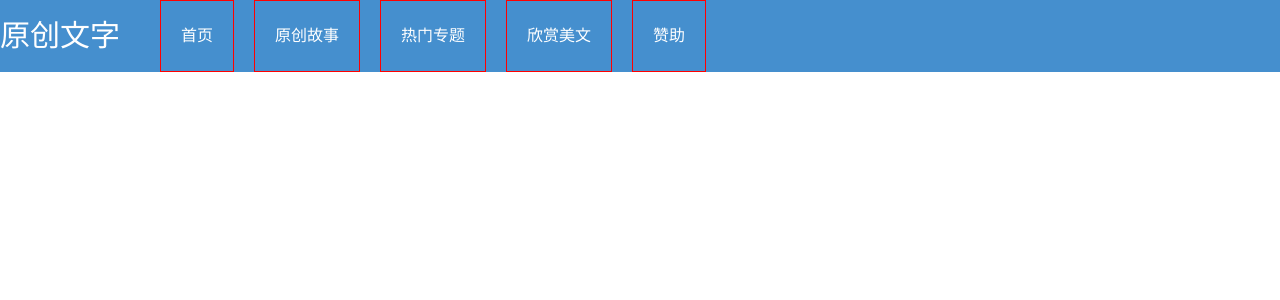
Repository: equation-zheng/Article
Page: http://localhost/Idles/
These files come from the project's save history. The page is drawn as it stood at one moment and after the next save; the edit follows.
The browser window is 1280 px wide. The pictures show the whole page.
The page is served by Tomcat 9.

Above is the page before, as saved 2017-12-05 10:15:12.

After the next save:
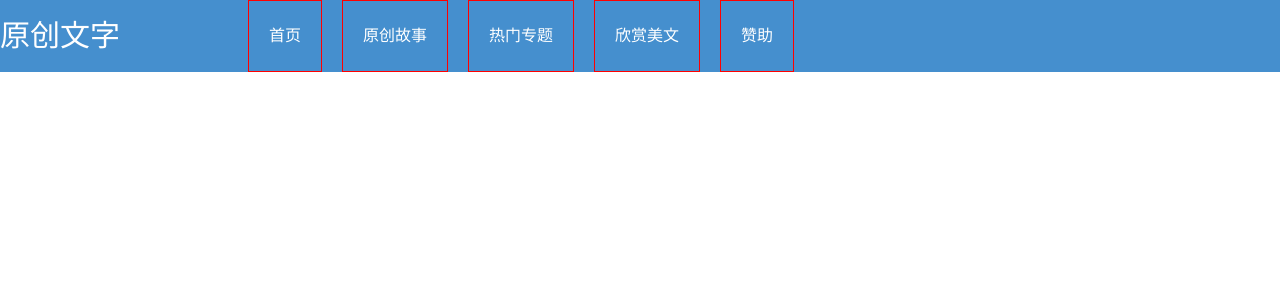
Saved 21 s later.
--- a/Service/apache-tomcat-7.0.82/Idles/WebContent/index.jsp
+++ b/Service/apache-tomcat-7.0.82/Idles/WebContent/index.jsp
@@ -24,13 +24,13 @@
 		color: #fff;
 		line-height: 72px;
 		font-size: 30px;
-		marin-left: 40px;
+		marin-left: 30px;
 		display: inline-block;
 		font-weight: 500;
 		float: left;
 	}
 	.header ul .first {
-		margin-left: 40px;
+		margin-left: 10%;
 	}
 	.header ul li {
 		border: solid 1px red;
